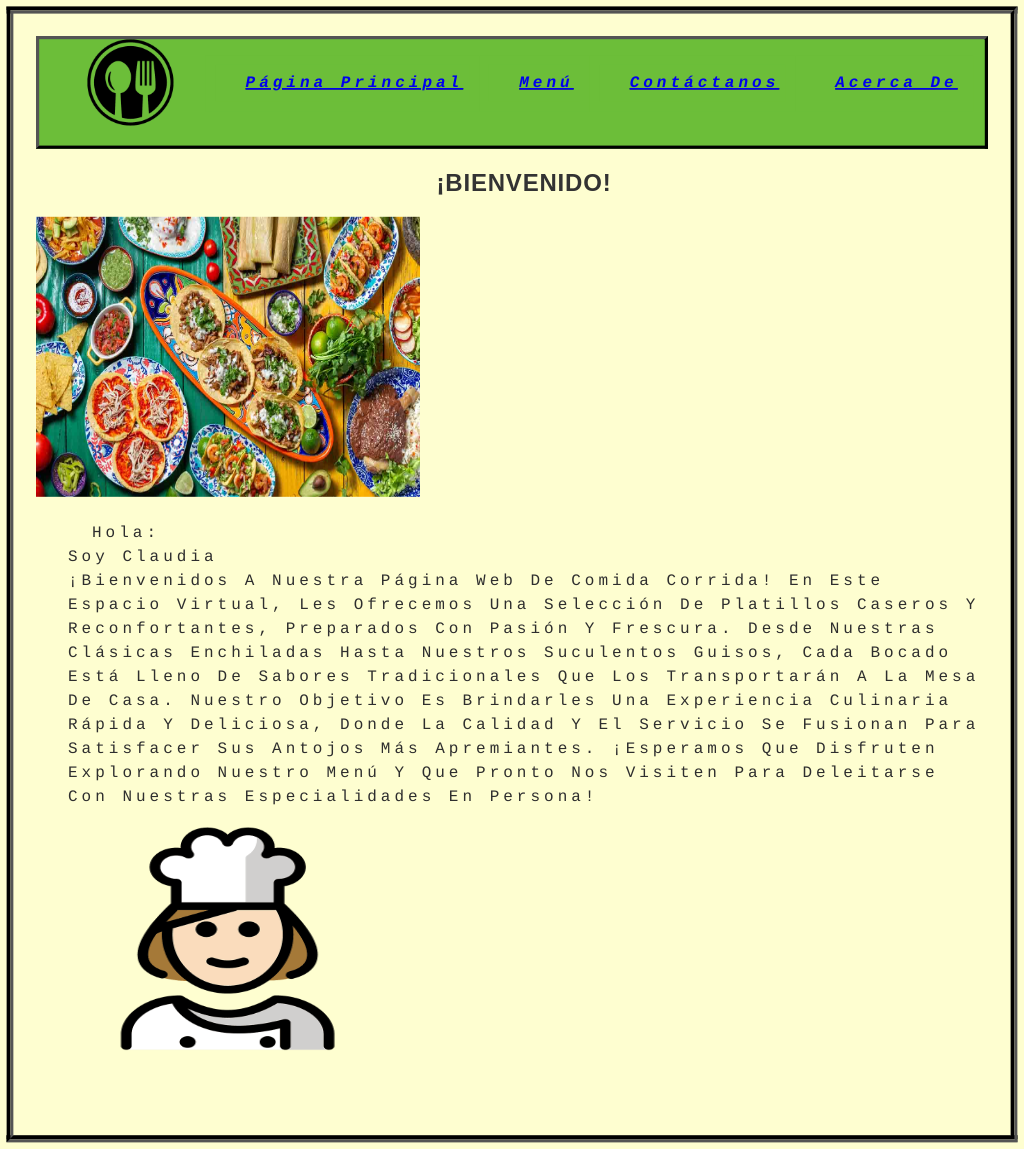
Repository: UVMCoyoacan/eq06_sitio1
Page: index.html
These files come from the project's save history. The page is drawn as it stood at one moment and after the next save; the edit follows.
The browser window is 1280 px wide. The pictures show the whole page, at 80% of full size.

Above is the page before, as saved 2024-03-08 10:33:09.

After the next save:
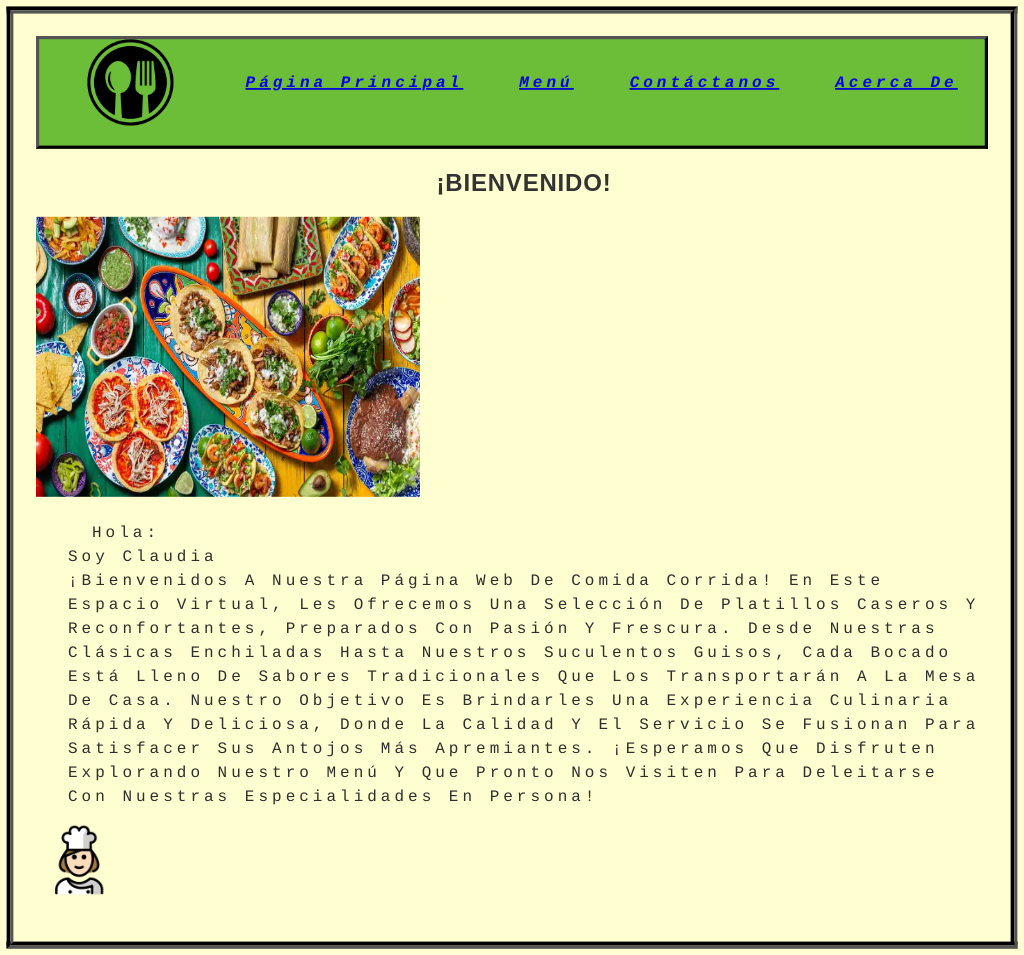
Saved 21 s later.
--- a/index.html
+++ b/index.html
@@ -29,7 +29,7 @@
 
             ¡Bienvenidos a nuestra página web de comida corrida! En este espacio virtual, les ofrecemos una selección de platillos caseros y reconfortantes, preparados con pasión y frescura. Desde nuestras clásicas enchiladas hasta nuestros suculentos guisos, cada bocado está lleno de sabores tradicionales que los transportarán a la mesa de casa. Nuestro objetivo es brindarles una experiencia culinaria rápida y deliciosa, donde la calidad y el servicio se fusionan para satisfacer sus antojos más apremiantes. ¡Esperamos que disfruten explorando nuestro menú y que pronto nos visiten para deleitarse con nuestras especialidades en persona!
 
-            </ul> <img width="480" height="350" src="./Carpeta ims/chef.png" onclick="redirigirIndex()" style="text-align:center; cursor:pointer; text-align: center;";>
+            </ul> <img width="108" height="108" src="./Carpeta ims/chef.png" onclick="redirigirIndex()" style="text-align:center; cursor:pointer; text-align: center;";>
     </body>
     <script src="./Carpeta js/js1.js">
     </script>
